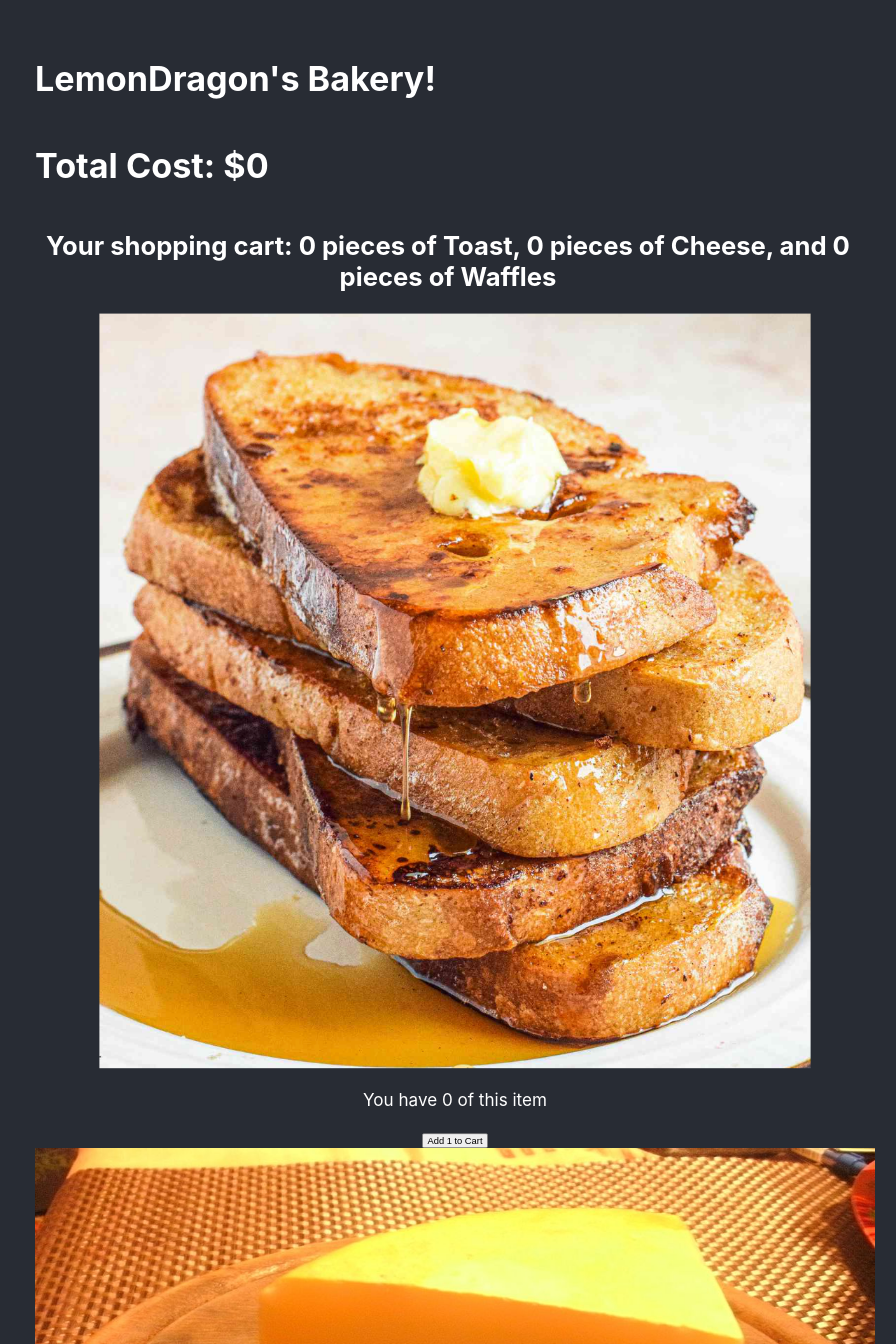
Repository: happydragon200/development
Page: /
These files come from the project's save history. The page is drawn as it stood at one moment and after the next save; the edit follows.
The browser window is 1280 px wide. The pictures show the part of the page from y = 0 to 1920 px (the page is 3400 px tall before and 820 px after), at 70% of full size.
The project was rebuilt for these pictures with package versions that can differ from the ones it lists, and the page was loaded fresh each time.

Above is the page before, as saved 2022-12-01 20:36:38.

After the next save:
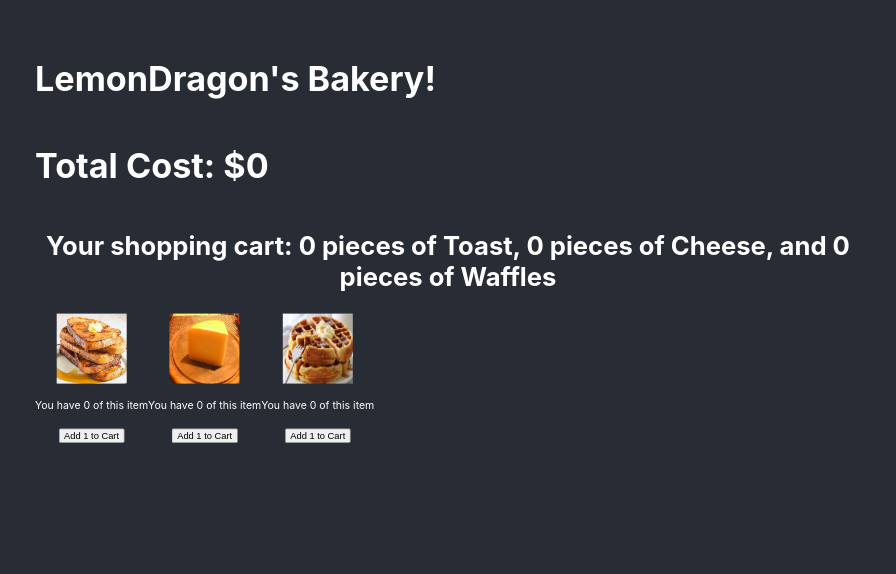
Saved 7 min 35 s later.
--- a/src/App.css
+++ b/src/App.css
@@ -30,7 +30,22 @@
 }
 
 .Item-small {
+  height: 100px;
+  width: 100px;
+}
 
+.inline {
+  justify-content: space-around;
+}
+
+.flex-parent {
+  display: flex;
+  justify-content: space-around;
+
+}
+
+.smull {
+  font-size: 15px;
 }
 
 @keyframes App-logo-spin {
